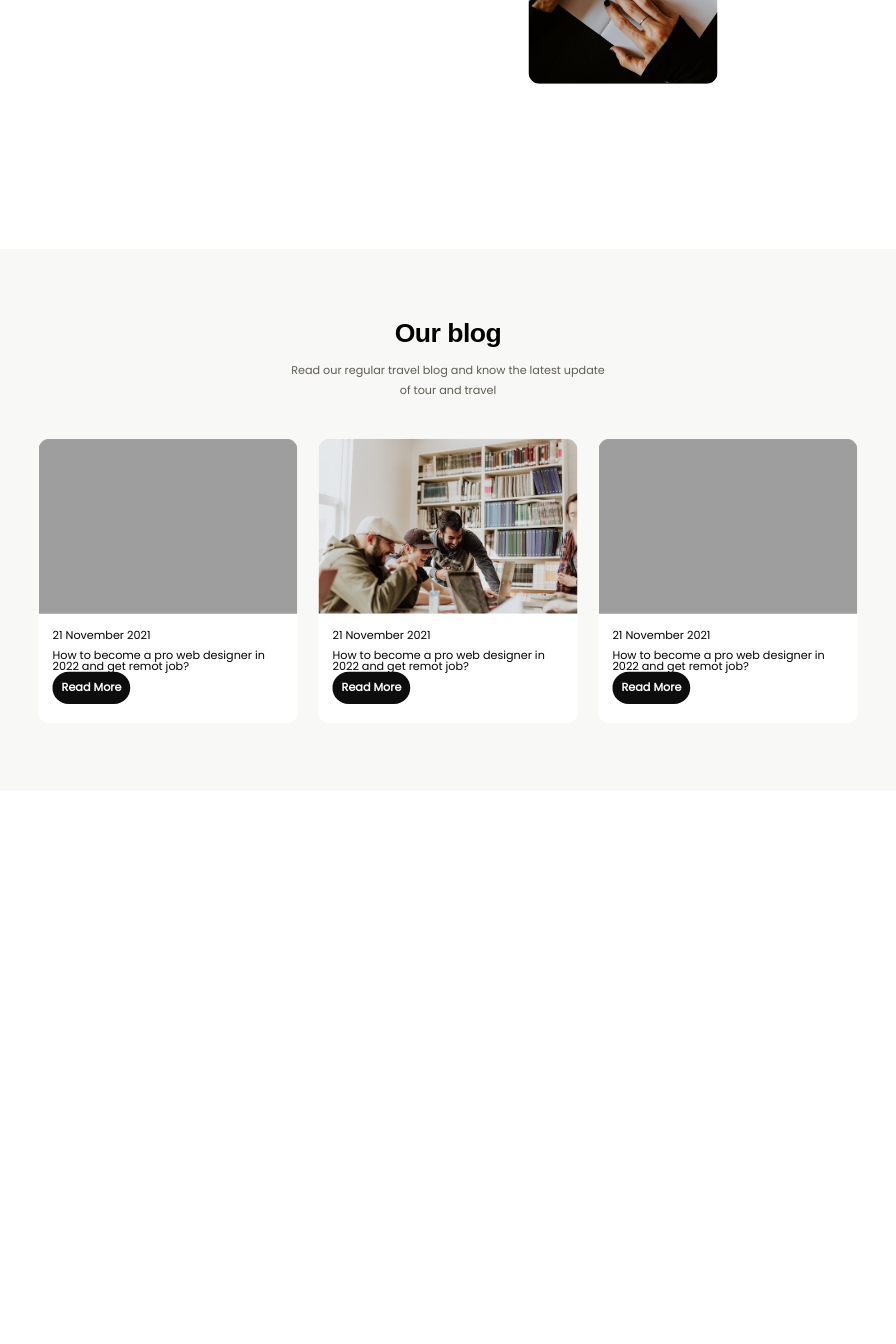
Repository: nguyendonghieu1011-png/figma-to-html1
Page: index.html
These files come from the project's save history. The page is drawn as it stood at one moment and after the next save; the edit follows.
The browser window is 1280 px wide. The pictures show the part of the page from y = 3454 to 5374 px (the page is 10000 px tall), at 70% of full size.
Pictures or frames that could not be fetched are drawn as grey boxes. A picture or video elsewhere on the page could not be fetched, so the positions and the page height are approximate. Some web fonts or font styles are not loaded; a fallback is used. Some web libraries are served in a nearby version.

Above is the page before, as saved 2026-01-06 18:29:19.

After the next save:
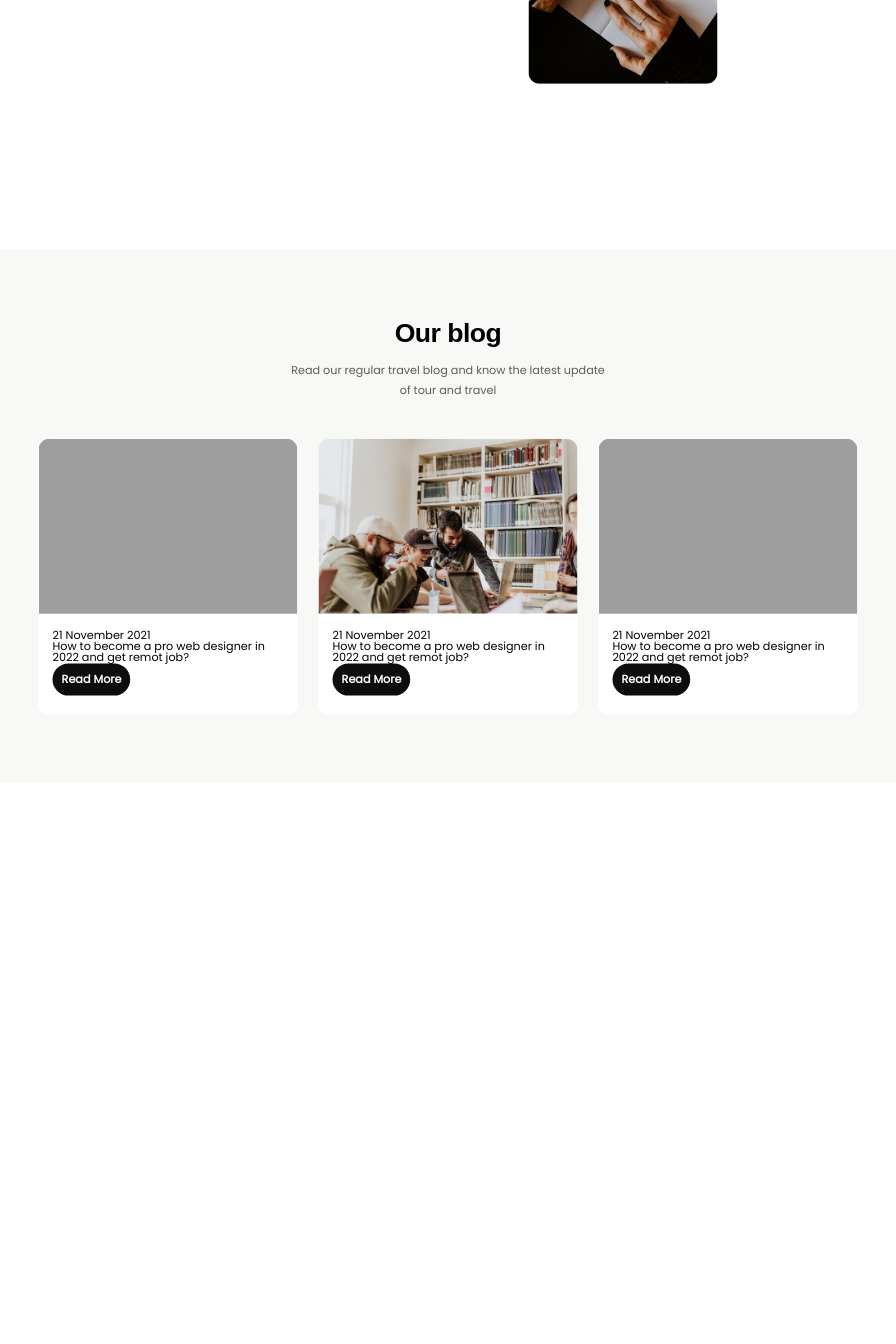
Saved 48 s later.
--- a/assets/css/style.css
+++ b/assets/css/style.css
@@ -590,6 +590,7 @@
 
 .blog .info .date {
   position: relative;
+  left
   padding-bottom: 12px;
   display: inline-flex;
   align-items: center;

After the save that followed:
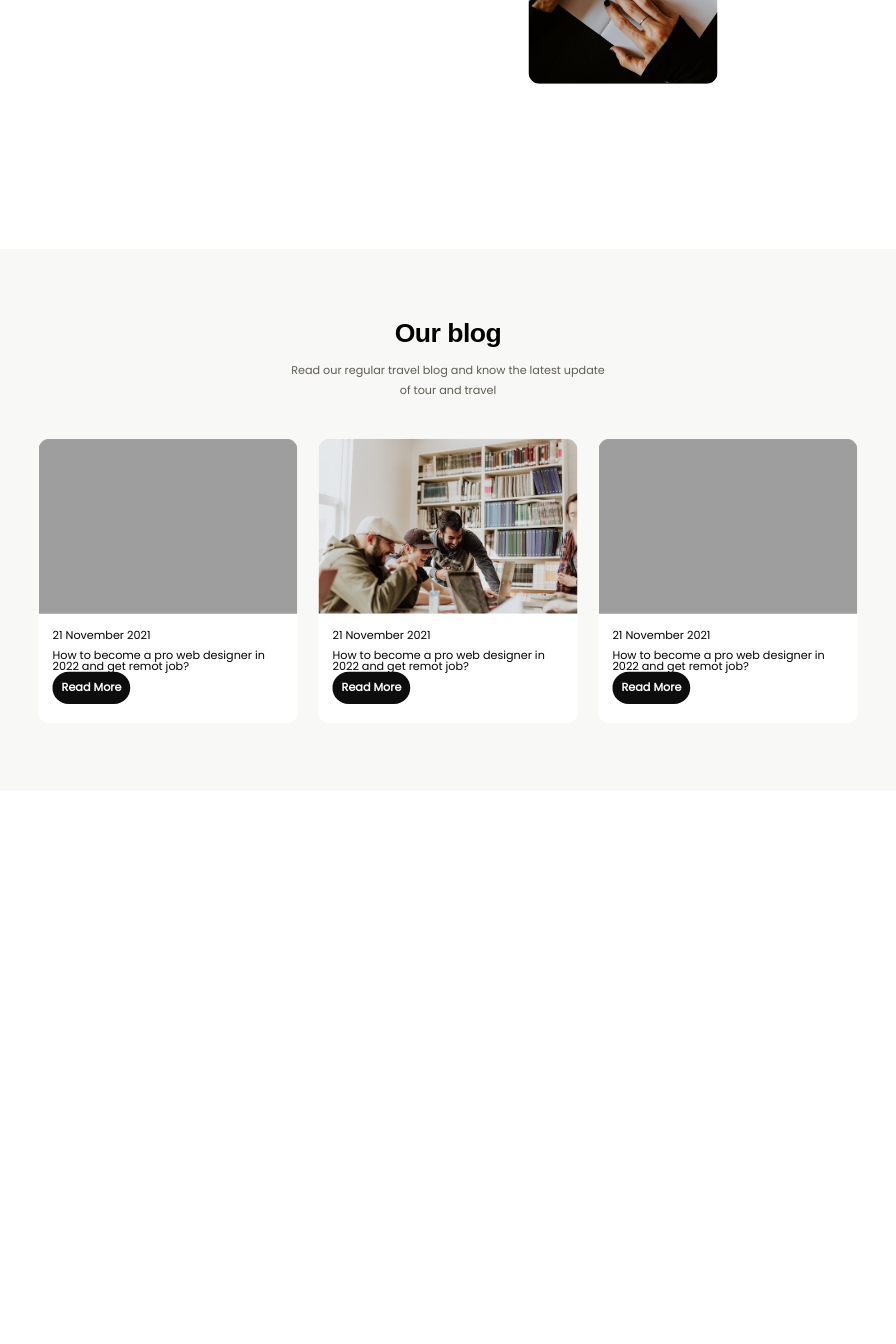
Saved 44 s later.
--- a/assets/css/style.css
+++ b/assets/css/style.css
@@ -590,7 +590,7 @@
 
 .blog .info .date {
   position: relative;
-  left
+  left: 0;
   padding-bottom: 12px;
   display: inline-flex;
   align-items: center;
